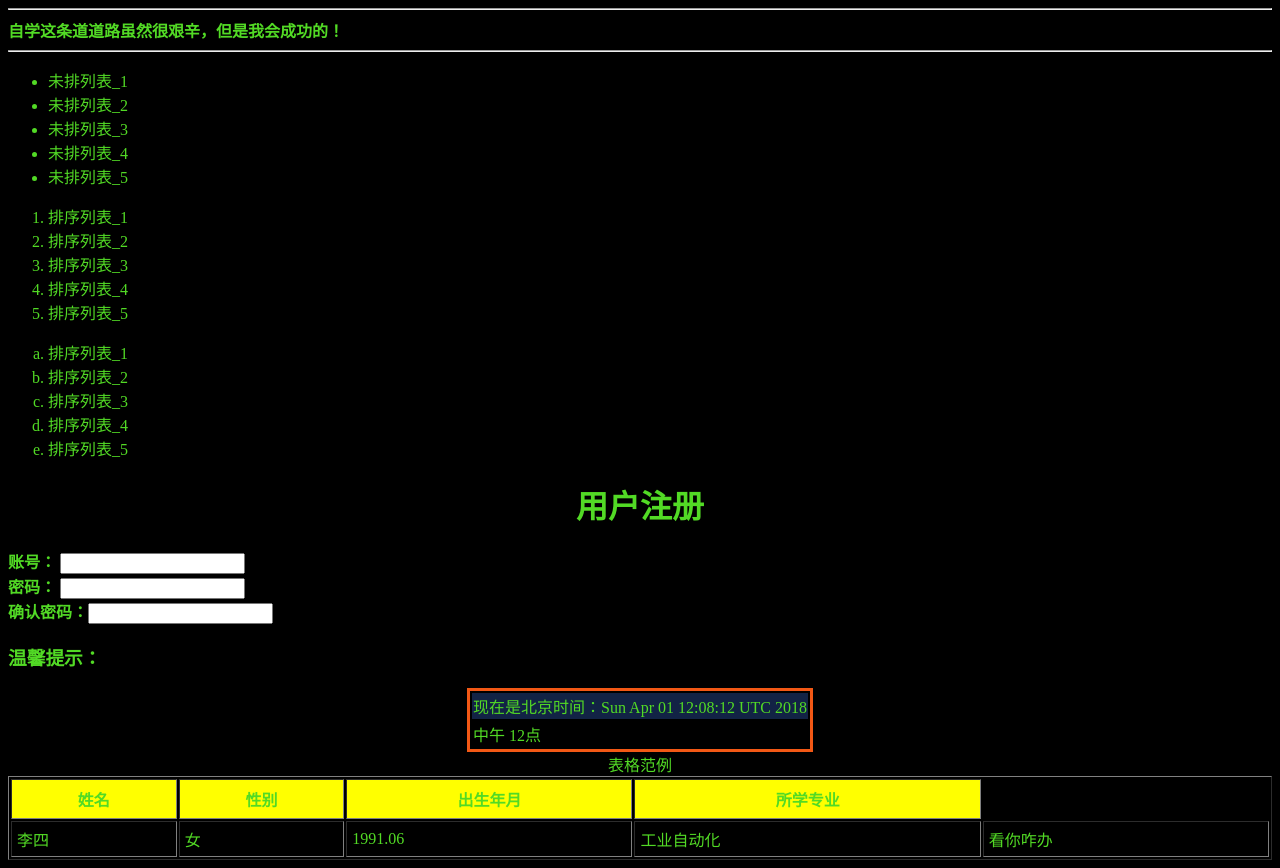
Repository: Coder-YJ/Java
Page: http://localhost/JspTest/test.jsp
These files come from the project's save history. The page is drawn as it stood at one moment and after the next save; the edit follows.
The browser window is 1280 px wide. The pictures show the whole page.
The page is served by Tomcat 9. Other server files are loaded and not shown.

Above is the page before, as saved 2018-04-01 12:52:39.

### MyEclipse10/JspTest/WebRoot/test.jsp
<%@ page language="java" import="java.util.*" pageEncoding="UTF-8"%>
<%
	String path = request.getContextPath();
	String basePath = request.getScheme() + "://"
			+ request.getServerName() + ":" + request.getServerPort()
			+ path + "/";
%>
<html>
<head>
<title>我的第一个JSP例子</title>
</head>
<body text="#52DA25" bgcolor="000000">
	<hr>
	<b> 自学这条道道路虽然很艰辛，但是我会成功的！ </b>
	<hr>
	<ul type="disc">
		<li>未排列表_1</li>
		<li>未排列表_2</li>
		<li>未排列表_3</li>
		<li>未排列表_4</li>
		<li>未排列表_5</li>
	</ul>
	<ol>
		<li>排序列表_1</li>
		<li>排序列表_2</li>
		<li>排序列表_3</li>
		<li>排序列表_4</li>
		<li>排序列表_5</li>
	</ol>
	<ol type="a">
		<li>排序列表_1</li>
		<li>排序列表_2</li>
		<li>排序列表_3</li>
		<li>排序列表_4</li>
		<li>排序列表_5</li>
	</ol>
	<h1 align="center">用户注册</h1>
	<form action="Process.jsp" method="post">
		<b>账号：  </b><input type="text" name="id"><br>
		<b>密码：  </b><input type="password" name="password"><br>
		<b>确认密码：</b><input type="password" name="checkPWD"><br>

	</form>
	<table align="center" bordercolor="#F25815">
		<h3>温馨提示：</h3>

		<tr bgcolor="122345">
			<td>
				<%
					//获得当前的时间
					Date today = new Date();
					out.print("现在是北京时间：" + today);
				%>
			</td>
		</tr>
		<tr>
			<td>
				<%
					//获得当前时间中的小时
					int hour = today.getHours();
					if (0 <= hour && hour <= 5) {
						out.print("现在是北京时间凌晨 " + hour + "点");
					} else if (5 < hour && hour <= 10) {
						out.print("早上 " + hour + "点");
					} else if (10 < hour && hour < 13) {
						out.print("中午 " + hour + "点");
					} else if (13 <= hour && hour < 18) {
						out.print("下午 " + hour + "点");
					} else if (18 <= hour && hour < 21) {
						out.print("晚上 " + hour + "点");
					} else if (21 <= hour && hour < 24) {
						out.print("深夜 " + hour + "点");
					}
				%>
			</td>
		</tr>
	</table>

	<table width="100%" border="1" cellspaceing="3" cellpadding="5">
		<caption align="center">表格范例</caption>
		<tr height="40" bgcolor="FFFF00">
			<th>姓名</th>
			<th>性别</th>
			<th>出生年月</th>
			<th>所学专业</th>
		</tr>
		<tr>
			<td>李四</td>
			<td>女</td>
			<td>1991.06</td>
			<td>工业自动化</td>
			<td>看你咋办</td>
		</tr>
	</table>
</body>
</html>

After the next save:
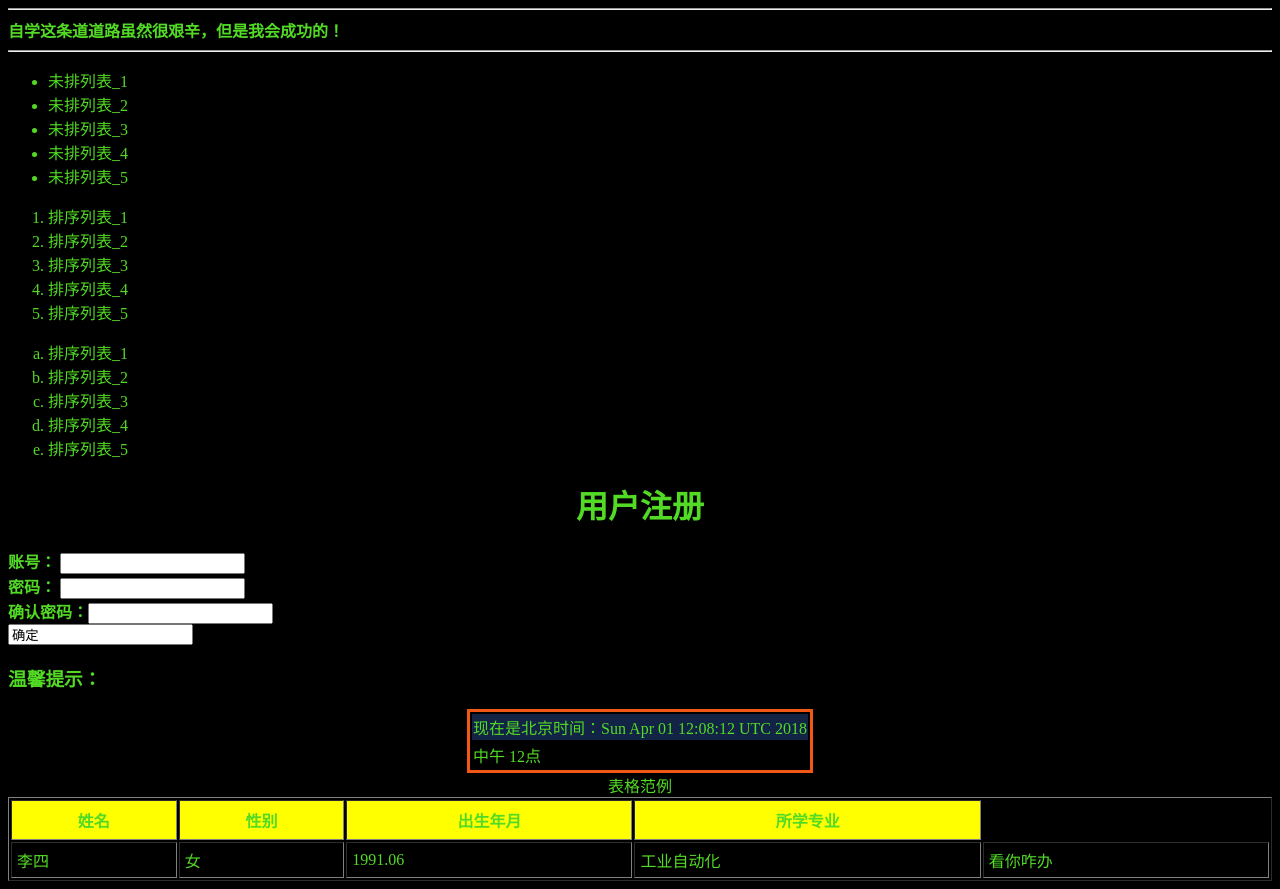
Saved 39 s later.
--- a/MyEclipse10/JspTest/WebRoot/test.jsp
+++ b/MyEclipse10/JspTest/WebRoot/test.jsp
@@ -39,7 +39,7 @@
 		<b>账号：  </b><input type="text" name="id"><br>
 		<b>密码：  </b><input type="password" name="password"><br>
 		<b>确认密码：</b><input type="password" name="checkPWD"><br>
-
+		<input type="sbumit" value="确定">
 	</form>
 	<table align="center" bordercolor="#F25815">
 		<h3>温馨提示：</h3>
